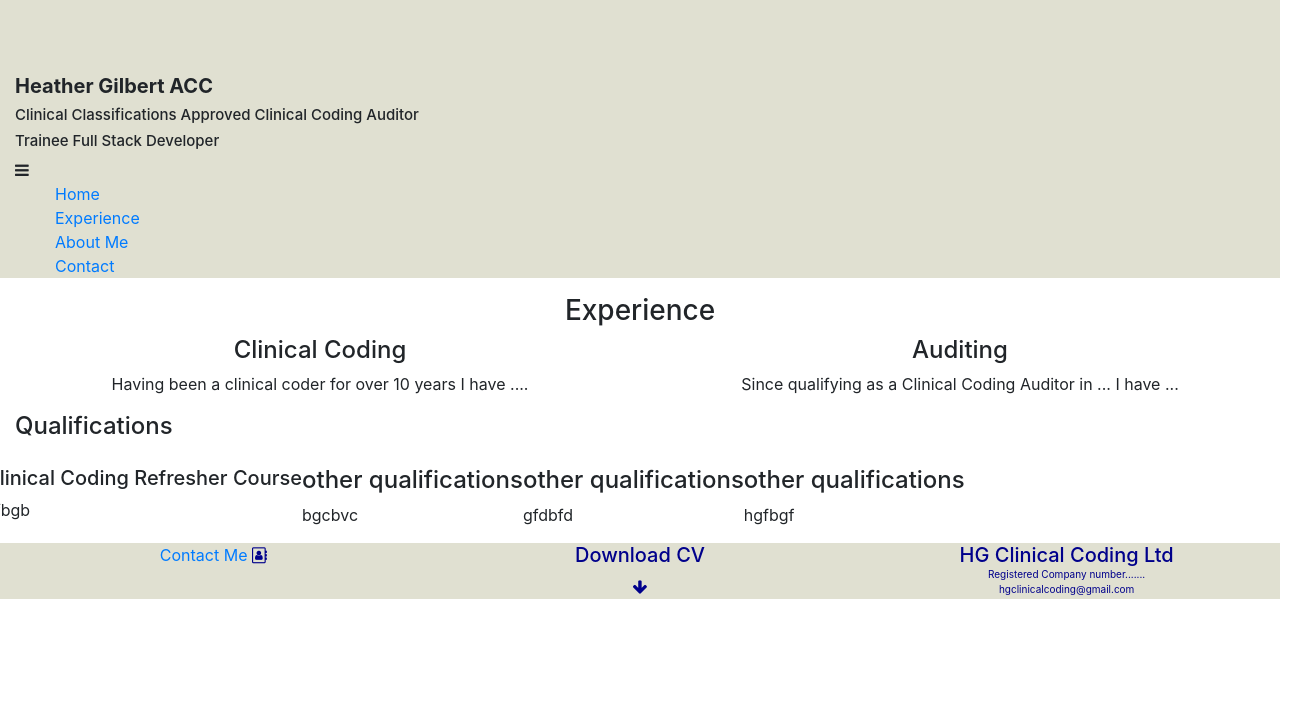
Repository: Code-Institute-Submissions/fsd-ms-project1-resume
Page: resume.html
The author's editor kept a record of every edit. The page is drawn from the files as they stood at one moment, then again after the next edit.
The browser window is 1280 px wide. The page is 1280 px wide, then 1295 px, so the pictures cover 1295 px, including what lies to the right of the window. The pictures show the whole page.

Above is the page before.

### resume.html
<!DOCTYPE html>
<html lang="en">

<head>
    <meta charset="UTF-8">
    <meta name="viewport" content="width=device-width, initial-scale=1.0">
    <meta http-equiv="X-UA-Compatible" content="ie=edge">
    <link rel="stylesheet" href="https://stackpath.bootstrapcdn.com/bootstrap/4.3.1/css/bootstrap.min.css" type="text/css" />
    <link rel="stylesheet" href="https://stackpath.bootstrapcdn.com/font-awesome/4.7.0/css/font-awesome.min.css" type="text/css" />
    <link rel="stylesheet" href="https://cdnjs.cloudflare.com/ajax/libs/hover.css/2.3.1/css/hover-min.css" type="text/css" />
    <link rel="stylesheet" href="assets/css/style.css" />
    <title>Heather Gilbert ACC</title>
</head>

<body>

    <header>
        <div id="navbar">
            <a class="col-md-12 logo" href="index.html"></a>
            <div class="col">
                <div class="bg-header">
                    <h1 class="name">Heather Gilbert ACC</h1>
                    <h3 class="title">Clinical Classifications Approved Clinical Coding Auditor</h3>
                    <h5 class="title">Trainee Full Stack Developer</h5>
                </div>
            </div>
            <div class="col">
                <div class="menu">
                    <i class="fa fa-bars" aria-hidden="true"></i>
                    <ul class="menu-content">
                        <li><a href="index.html">Home</a></li>
                        <li><a href="resume.html">Experience</a></li>
                        <li><a href="about.hmtl">About Me</a></li>
                        <li><a href="contact.html">Contact</a></li>
                    </ul>
                </div>
            </div>
        </div>

    </header>

    <section class="container-fluid">
        <div class="row work-section">
            <div class="col-md-12">
                <h3 class="work">Experience</h3>
            </div>
            <div class="col-md-6">
                <h4 class="coding">Clinical Coding</h4>
                <p>
                    Having been a clinical coder for over 10 years I have ....
                </p>
            </div>
            <div class="col-md-6">
                <h4 class="audit">Auditing</h4>
                <p>
                    Since qualifying as a Clinical Coding Auditor in ... I have ...
                </p>
            </div>
        </div>
        <div class="row">
            <h4 class="qualifications col-12">Qualifications</h4>
            <div class="row">
                <div class="timeline" data-dates="2019">
                    <h5>Clinical Coding Refresher Course</h5>
                    <p>gfbgb</p>
                </div>
                <div class="timeline" data-dates="2018">
                    <h4> other qualifications</h4>
                    <p>bgcbvc</p>
                </div>
                <div class="timeline" data-dates="2017">
                    <h4>other qualifications</h4>
                    <p>gfdbfd</p>
                </div>
                <div class="timeline" data-dates="2016">
                    <h4>other qualifications</h4>
                    <p>hgfbgf</p>
                </div>
            </div>
        </div>
        </div>
    </section>


</body>



<footer class="container-fluid">
    <div class="row">
        <div class="col-sm-4 contact">
            <a href="contact.html">Contact Me </a>
            <i class="fa fa-address-book-o" aria-hidden="true" /></i>
        </div>
        <div class="col-sm-4 ">
            <h5>Download CV</h5>
            <a href="# " target="_blank "></a>
            <i class="fa fa-arrow-down " aria-hidden="true "></i>
        </div>
        <div class="col-sm-4 ">
            <h5 class="company-name ">HG Clinical Coding Ltd</h5>
            <p class="company-details ">Registered Company number.......</p>
            <p class="company-details ">hgclinicalcoding@gmail.com</p>
        </div>
    </div>


</footer>
</body>

</html>

### assets/css/style.css
@import url('https://fonts.googleapis.com/css?family=Lato:100,200,300,400,500,600,700&display=swap');

/*-----------------------------------------Colours*/


/*-----------------------------------------Special paddings/margins/text*/


/*-----------------------------------------Header*/

#navbar {
    background-color: #e0e0d1;
}

.name {
    font-size: 20px;
    font-weight: 700;
    margin-top: 50px;
}

.title {
    font-size: 15px;
    margin-top: 5px;
}

.menu {
    list-style: none;

}

.menu-content {
    list-style:none;
}


/*-----------------------------------------Hover.css*/

.menu:hover {
    color: #b3cccc;
}


/*-----------------------------------------Footer*/

footer {
    background-color: #e0e0d1;
    color: darkblue;
    min-height:50px;
    margin: 0;
    text-align:center
}

.company-name {
    margin:0;
    padding:0;
}

.company-details {
    font-size:10px;
    margin:0;
    padding:0;
}

#footer-details {
    padding: 20px;
}

/*-----------------------------------------Work / Education History*/

.work-section {
    text-align:center;
}

.work {
    text-align:center;

}

.qualifications {
    margin-bottom: 25px
}

/*-----------------------------------------About Me*/


/*-----------------------------------------Contact Form*/


/*-----------------------------------------Media Queries*/

After the next edit:
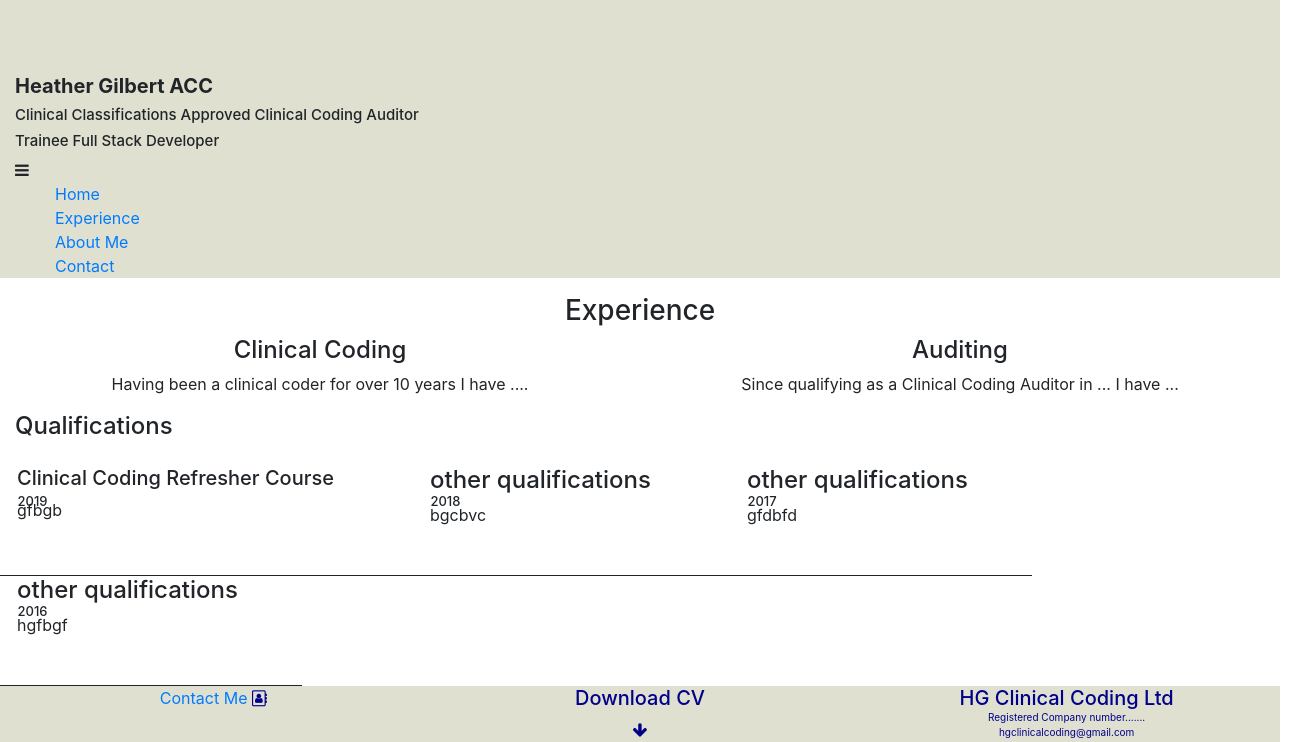
The edit:
--- a/assets/css/style.css
+++ b/assets/css/style.css
@@ -80,6 +80,37 @@
     margin-bottom: 25px
 }
 
+.timeline {
+    padding: 0em 4em 2em 2em;
+    position: relative;
+    border-bottom: 1px solid;
+}
+
+.timeline:before {
+    content: attr(data-dates);
+    position: absolute;
+    left: 2.5em;
+    top: 2em;
+    display: block;
+    font-weight: 500;
+    font-size: 13px;
+    padding: 0;
+    margin: 0;
+}
+
+.timeline:after {
+    width: 12px;
+    height: 12px;
+    display: block;
+    top: 2.4em;
+    position: absolute;
+    bottom: -6px;
+    border-radius: 15px;
+    content: "";
+}
+
+
+
 /*-----------------------------------------About Me*/
 
 
